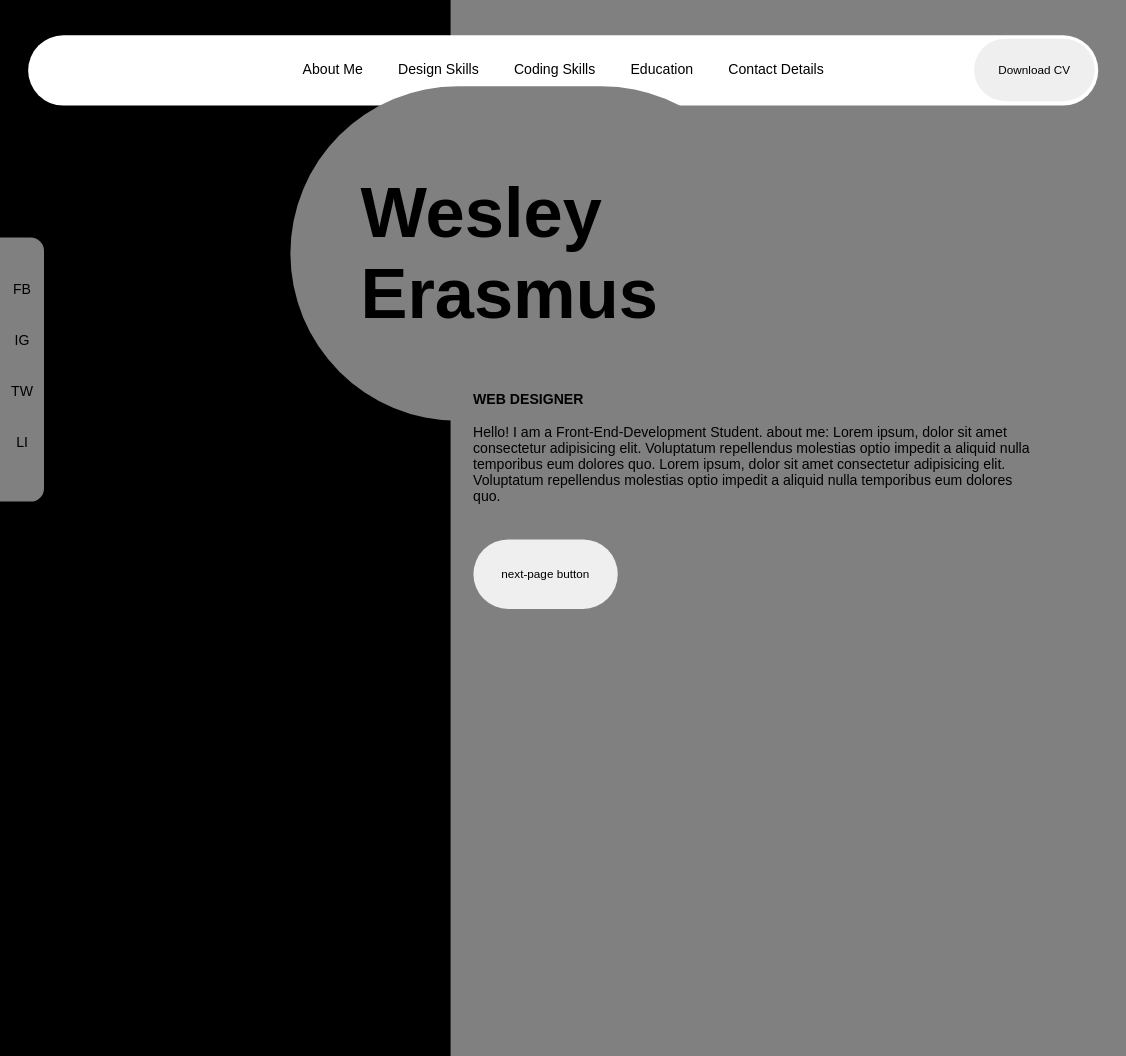
Repository: WesleyErasmus/MyDigitalResume-4
Page: index.html
An editor plug-in stored every save of this project. The page is shown before and after the next save, followed by the edit.
The browser window is 1280 px wide. The pictures show the whole page, at 88% of full size.

Above is the page before, as saved 2022-02-16 19:07:53.

### index.html
<!DOCTYPE html>
<html lang="en">
<head>
    <meta charset="UTF-8">
    <meta http-equiv="X-UA-Compatible" content="IE=edge">
    <meta name="viewport" content="width=device-width, initial-scale=1.0">
    <title>Wesley Erasmus Digital Resume 4 Project</title>
    <link rel="stylesheet" href="stylesheet.css">
</head>
<body>
    <!-- Landing page -->
    <header class="nav-menu-top">
        <ul class="top-nav-menu-buttons">
            <li>About Me</li>
            <li>Design Skills</li>
            <li>Coding Skills</li>
            <li>Education</li>
            <li>Contact Details</li>
        </ul>
        <button id="download-cv">Download CV</button>
        <!-- Name / download CV / etc -->
    </header>

    <aside class="self-portrait">
        <!-- creative image of myself -->
        <p>aside with large portrait image of myself</p>
    </aside>
    <nav class="social-media-links">
        <ul class="social-media-links">
            <li>FB</li>
            <li>IG</li>
            <li>TW</li>
            <li>LI</li>
        </ul>
        <!-- side social media icons (float left / column direction) -->
    </nav>
        <h1 class="name">
            <span class="name">
                Wesley
                <br>
                Erasmus
            </span>
        </h1>
        <!-- main bio; FED student / link to 2nd html page with CV content -->
     <article>
         <h4 ID="title">WEB DESIGNER</h4>
        <div class="about-me">
            <p>Hello! I am a Front-End-Development Student. about me: Lorem ipsum, dolor sit amet consectetur adipisicing elit. Voluptatum repellendus molestias optio impedit a aliquid nulla temporibus eum dolores quo. Lorem ipsum, dolor sit amet consectetur adipisicing elit. Voluptatum repellendus molestias optio impedit a aliquid nulla temporibus eum dolores quo.</p>
        </div>
        <button class="next-page">
            <a href=""></a> next-page button
        </button>
    </article>


</body>
</html>

### stylesheet.css

* {
    font-family: Arial, Helvetica, sans-serif;
    margin: 0;
    padding: 0;
}
@media screen
  and (min-device-width: 1200px)
  and (max-device-width: 1600px)
  and (-webkit-min-device-pixel-ratio: 1) {
}

body {
    background-color: grey;
    overflow:hidden;
}
header.nav-menu-top {
    position: relative;
    /* Positions explained in below link: https://developer.mozilla.org/en-US/docs/Web/CSS/position */
    text-align: center;
    margin: 0 auto;
    /* Margin: 0 auto can be used to center an object horizontally  */
    width: 95%;
    height: 80px;
    border-radius: 50px;
    margin-top: 40px;
    background-color: #fff;
}
ul.top-nav-menu-buttons{
    display: flex;
    justify-content: center;
    padding: 30px;
}
.top-nav-menu-buttons li {
    margin: 0 20px 0 20px;
    list-style-type: none;
    text-align: center;
}
button#download-cv {
    position: relative;
    float: right;
    top: -74px;
    right: 4px;
    padding: 28px;
    border-radius: 50px;
    border: NONE;
}
aside.self-portrait {
    z-index: -1;
    /* z-index explained in below link:
     https://developer.mozilla.org/en-US/docs/Web/CSS/z-index */
    background-color: black;
    position: absolute;
    top: 0;
    left: 0;
    height: 1200px;
    width: 40%;
}
nav.social-media-links {
    position: relative;
    height: 300px;
    width: 50px;
    float: left;
    top: 150px;
    left: 0px;
    background-color: grey;
    border-radius: 0 15px 15px 0;
}
ul.social-media-links{
    padding: 50px 5px 5px 5px;
    text-align: center;
    display: flex;
    flex-direction: column;

}
.social-media-links li{
    margin-bottom: 40px;
}
h1.name {
    background-color: grey;
    margin: 0 auto;
    width: 30vw;
    height: 300px;
    margin: 0;
    position: absolute;
    top: 40%;
    left: 47vw;
    transform: translate(-50%, -50%);
    /* Used to centre my .name container. Explained in below link: https://css-tricks.com/centering-percentage-widthheight-elements/ */
    padding: 40px 80px 40px 80px;
    font-size: 80px;
    border-radius: 200px;
}
span {
    position: absolute;
    top: 50%;
    transform: translate(-0%, -50%);
}
article {
    width: 50%;
    left: 41%;
    position: absolute;
    height: 500px;
    top: 60vh;
    padding: 1%;
}
h4#title {
    margin-bottom: 20px;
}
button.next-page {
    margin-top: 40px;
    padding: 2rem;
    border-radius: 50px;
    border: none;
}

After the next save:
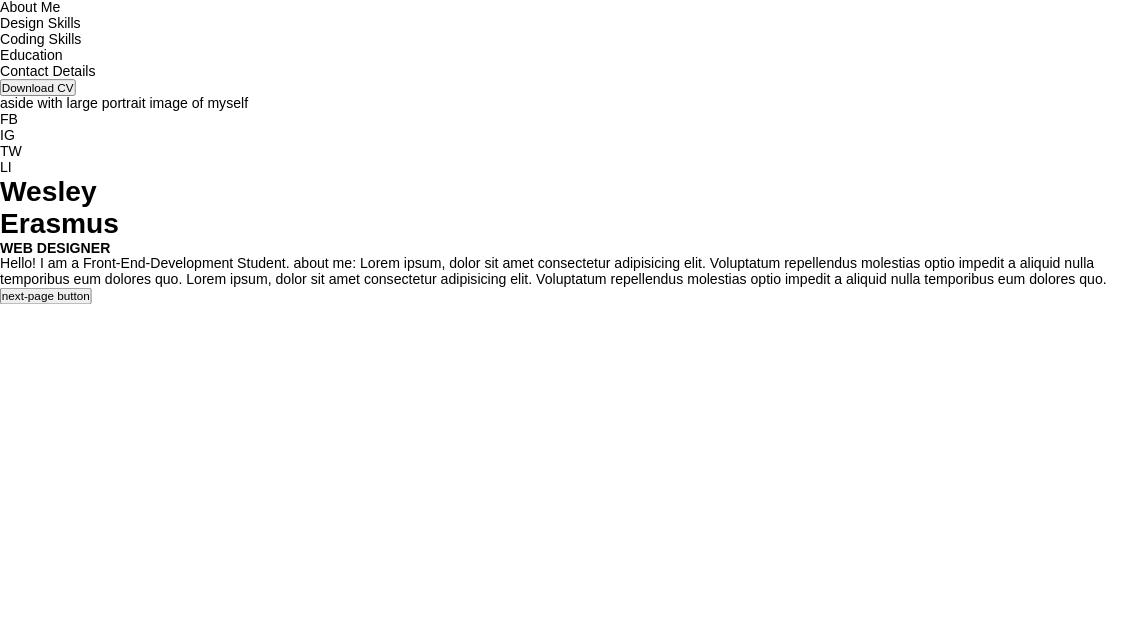
Saved 3 h 47 min later.
--- a/stylesheet.css
+++ b/stylesheet.css
@@ -8,7 +8,6 @@
   and (min-device-width: 1200px)
   and (max-device-width: 1600px)
   and (-webkit-min-device-pixel-ratio: 1) {
-}
 
 body {
     background-color: grey;
@@ -113,3 +112,5 @@
     border-radius: 50px;
     border: none;
 }
+
+}

After the save that followed:
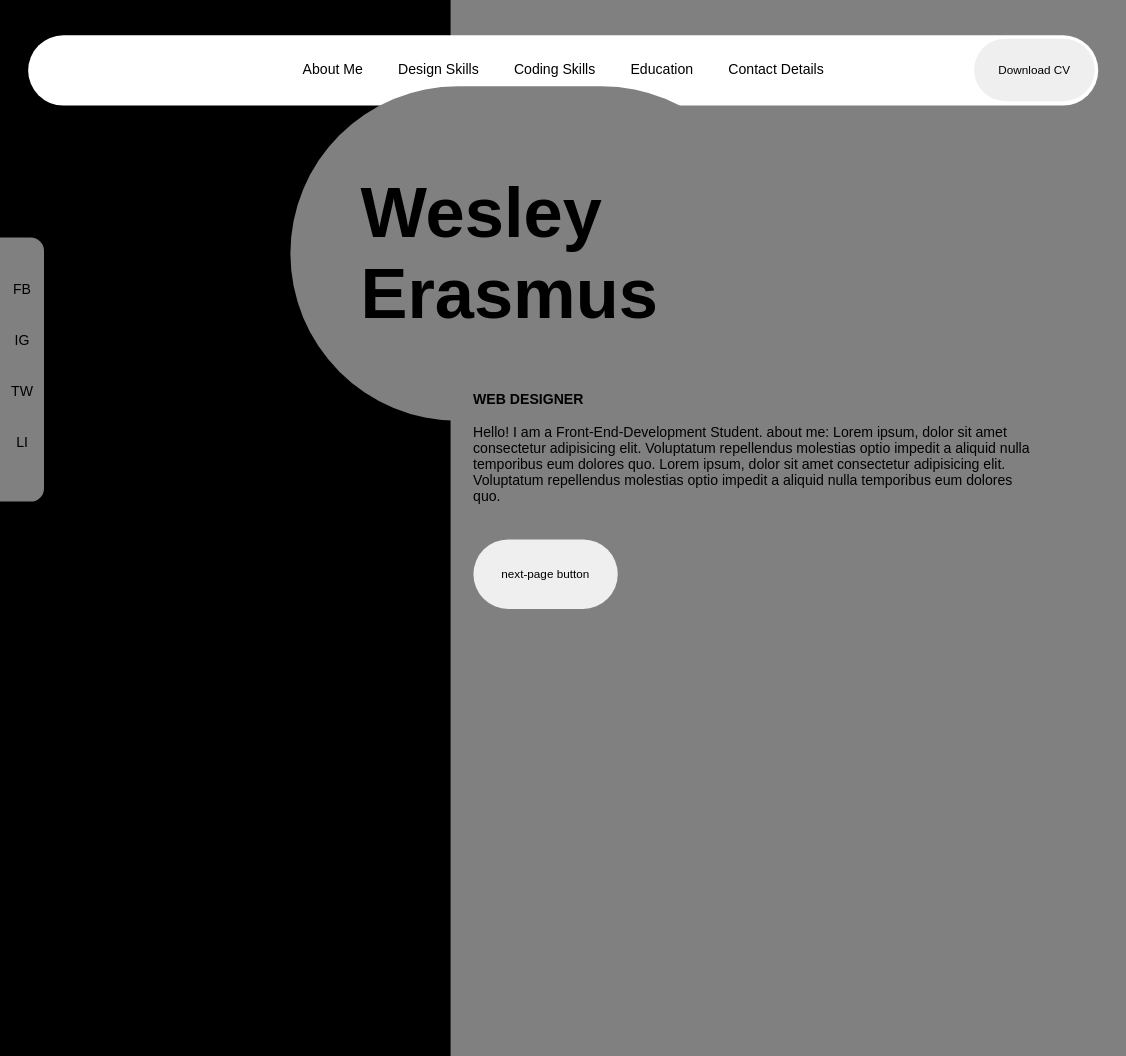
Saved 47 s later.
--- a/stylesheet.css
+++ b/stylesheet.css
@@ -8,6 +8,7 @@
   and (min-device-width: 1200px)
   and (max-device-width: 1600px)
   and (-webkit-min-device-pixel-ratio: 1) {
+}
 
 body {
     background-color: grey;
@@ -112,5 +113,3 @@
     border-radius: 50px;
     border: none;
 }
-
-}
